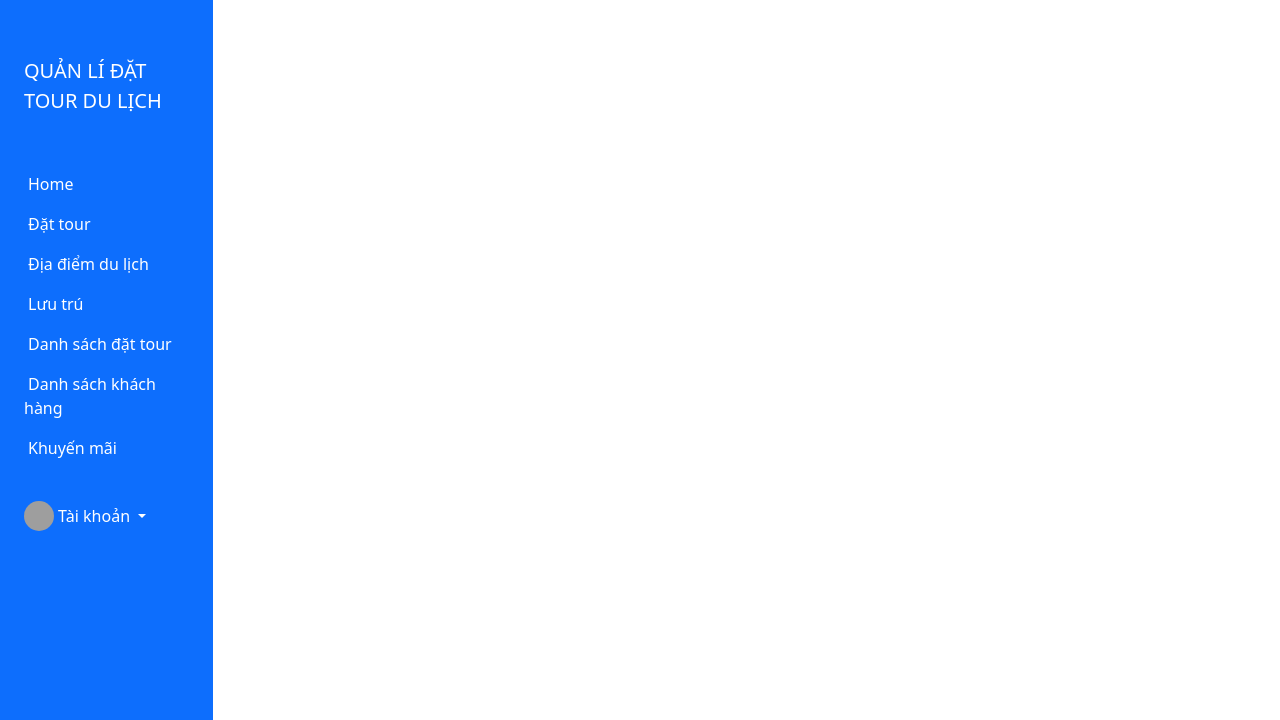
Repository: vantohuu/BOOKINGTOUR
Page: http://localhost/BOOKINGTOUR/WEB-INF/views/index.jsp
These files come from the project's save history. The page is drawn as it stood at one moment and after the next save; the edit follows.
The browser window is 1280 px wide. The pictures show the whole page.
Pictures or frames that could not be fetched are drawn as grey boxes. The page is served by Tomcat 9. Nobody is signed in. The template is opened directly, without the code that normally fills it, so the values that code supplies are empty.

Above is the page before, as saved 2023-04-26 18:42:22.

After the next save:
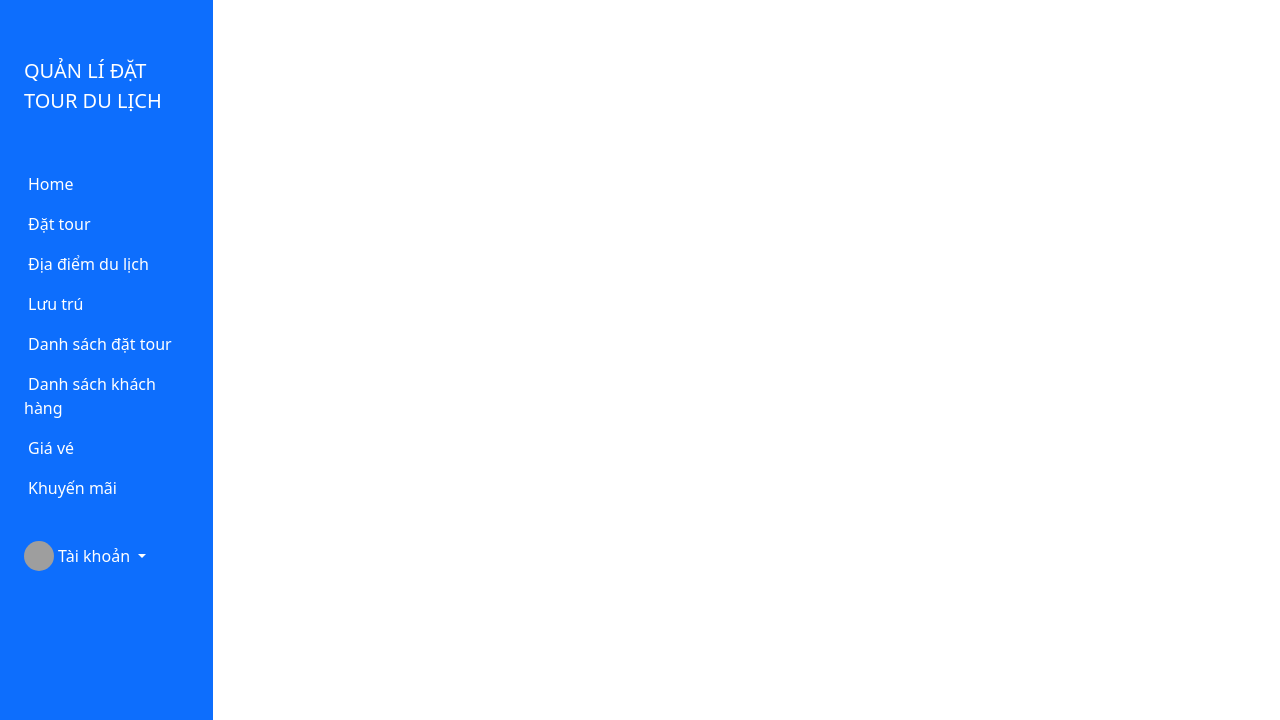
Saved 2 min 12 s later.
--- a/BOOKINGTOUR/src/main/webapp/WEB-INF/views/index.jsp
+++ b/BOOKINGTOUR/src/main/webapp/WEB-INF/views/index.jsp
@@ -44,10 +44,21 @@
 								<i class="fa-solid fa-calendar-days"></i> <span
 								class="ms-1 d-none d-sm-inline">Danh sách khách hàng</span>
 						</a></li>
+						<li><a href="lich.htm" class="nav-link text-white px-0 align-middle">
+								<i class="fa-solid fa-calendar-days"></i> <span
+								class="ms-1 d-none d-sm-inline">Giá vé</span>
+						</a></li>
 						<li><a href="#submenu2" data-bs-toggle="collapse"
 							class="nav-link text-white px-0 align-middle "> <i
 								class="fa-solid fa-clipboard-user"></i> <span
 								class="ms-1 d-none d-sm-inline">Khuyến mãi</span></a>
+
+
+
+
+
+
+
 							<ul class="collapse nav flex-column ms-1" id="submenu2"
 								data-bs-parent="#menu">
 								<li class="w-100"><a href="doanhthu.htm"
